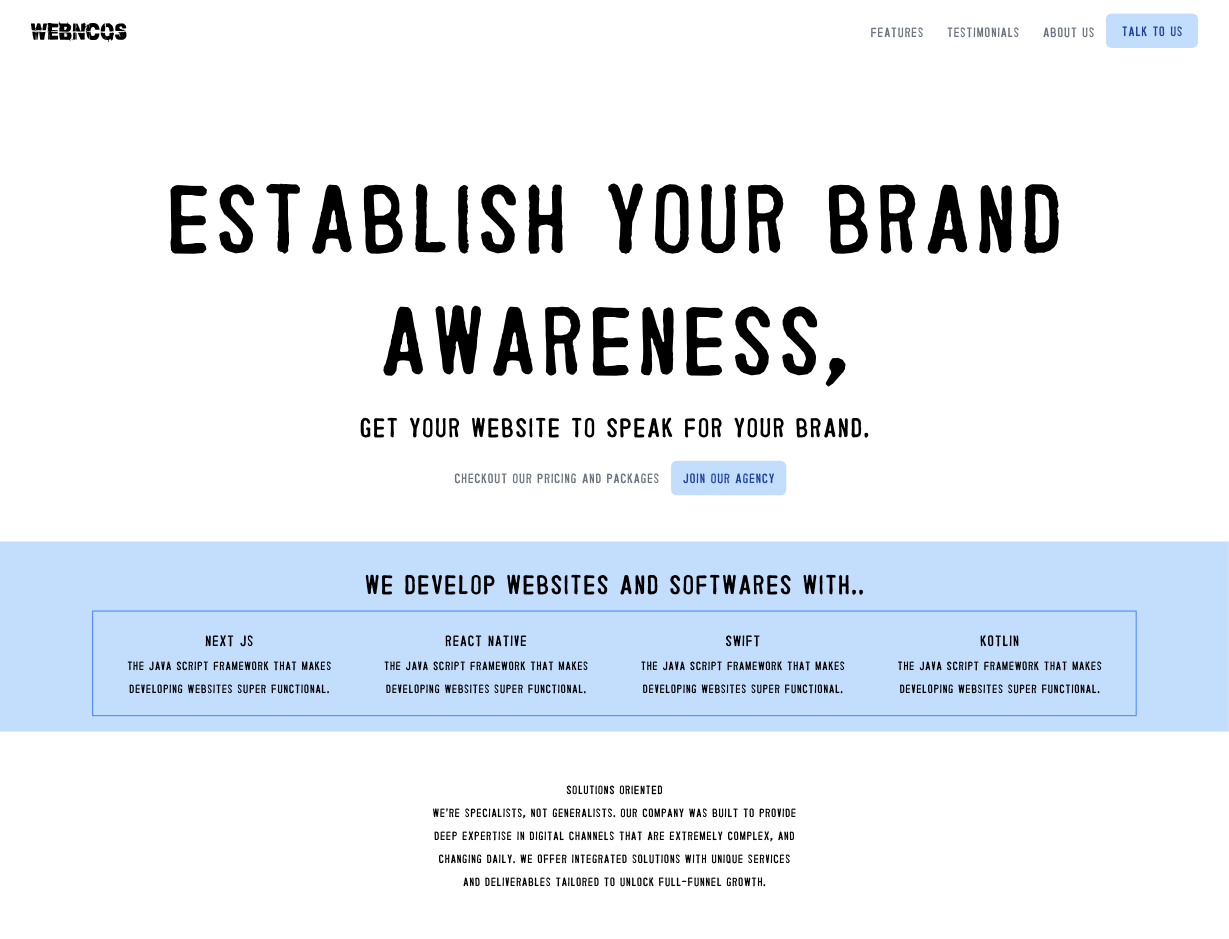
Repository: 1realjulius/webncos
Page: /
The author's editor kept a copy of each file at every save. The page is drawn from the files as they stood at one save, then again after the next save.
The browser window is 1280 px wide. The pictures show the whole page, at 96% of full size.
The project was rebuilt for these pictures with package versions that can differ from the ones it lists, and the page was loaded fresh each time. The framework's server and built-in components were replaced by stand-ins that run in the browser. Also part of the build but not shown: next.config.js.

Above is the page before, as saved 2022-09-02 08:35:41.

### pages/index.tsx
import type { NextPage } from "next";
import Head from "next/head";
import ComingSoon from "../components/ComingSoon";
import MainHome from "../components/MainHome";
import NavigationBar from "../components/NavigationBar";

const Home: NextPage = () => {
  return (
    <div className="flex min-h-screen flex-col font-parcel">
      <Head>
        <title>Webncos</title>
        <meta
          name="description"
          content="Website and Software Development Agency."
        />
        <meta property="og:type" content="website" />
        <meta property="og:url" content="https://www.webncos.com/" />
        <meta
          property="og:title"
          content="Webncos — Website and Software Development Agency."
        />
        <meta
          property="og:description"
          content="Website and Software Development Agency."
        />
        {/* <meta property="og:image" content="/Assets/newmemoji.svg"/> */}
        {/* <meta property="twitter:card" content="/Assets/Julius_Eghan.jpg"/> */}
        <meta property="twitter:url" content="https://www.webncos.com/" />
        <meta
          property="twitter:title"
          content="Webncos — Website and Software Development Agency."
        />
        <meta
          property="twitter:description"
          content="Website and Software Development Agency."
        />
        {/* <meta property="twitter:image" content="/Assets/Julius_Eghan.jpg"/> */}
        <link rel="icon" href="/favicon.ico" />
        <link
          rel="apple-touch-icon"
          sizes="180x180"
          href="/apple-touch-icon.png"
        />
        <link
          rel="icon"
          type="image/png"
          sizes="32x32"
          href="/favicon-32x32.png"
        />
        <link
          rel="icon"
          type="image/png"
          sizes="16x16"
          href="/favicon-16x16.png"
        />
        <link rel="manifest" href="/site.webmanifest" />
        {/* <meta name="google-site-verification" content="0HesePHVymRqGiL70HUKPIq0Zsap0uUIb_Ci0DpImRY" /> */}
        <meta
          name="theme-color"
          content="#2563eb"
          media="(prefers-color-scheme: light)"
        />
        <meta
          name="theme-color"
          content="#2563eb"
          media="(prefers-color-scheme: dark)"
        />
      </Head>
      <NavigationBar />
      <MainHome />
    </div>
  );
};

export default Home;

### styles/globals.css
@tailwind base;
@tailwind components;
@tailwind utilities;

@layer base{
      @font-face{
        font-family: 'ApercuBold';
        src: url("/Fonts/ApercuPro-Bold.woff") format("woff"),url("/Fonts/ApercuPro-Bold.woff2") format("woff2");
      }
      @font-face{
        font-family: 'ApercuMedium';
        src: url("/Fonts/ApercuPro-Medium.woff") format("woff"),url("/Fonts/ApercuPro-Medium.woff2") format("woff2");
      }
      @font-face{
        font-family: 'circularBlack';
        src: url("/Fonts/circular-black.woff2") format("woff2");
      }
      @font-face{
        font-family: 'circularBold';
        src: url("/Fonts/circular-bold.woff2") format("woff2");
      }
      @font-face{
        font-family: 'circularBook';
        src: url("/Fonts/circular-book.woff2") format("woff2");
      }
      @font-face{
        font-family: 'circularMedium';
        src: url("/Fonts/circular-medium.woff2") format("woff2");
      }
      @font-face{
        font-family: 'parcel';
        src: url("/Fonts/parcel.woff2") format("woff2"), url("/Fonts/parcel.woff") format("woff");
      }
    }

### components/MainHome.tsx
import Link from "next/link";
import React from "react";
import Image from "next/image";
import FeatureImg from "/Assets/Julius_Eghan.jpg";
import FImg from "/Assets/Julius_Eghan.jpg";

const MainHome = () => {
  return (
    <div>
      {/* header */}
      <div>
        <div className=" flex flex-col items-center justify-center mt-20 mb-10">
          <div className="pt-4 pb-2">
            <h1 className="text-6xl md:text-9xl text-center font-parcel px-2">
              ESTABLISH YOUR BRAND AWARENESS,
            </h1>
          </div>
          <div className="pb-2">
            <h2 className="text-2xl md:text-4xl font-parcel px-2">
              GET YOUR WEBSITE TO SPEAK FOR YOUR BRAND.
            </h2>
          </div>
          <div className="flex flex-col md:flex-row items-center">
            <div className="px-3 py-1 my-2">
              <Link href="#">
                <h3 className="text-gray-500 hover:text-gray-900 cursor-pointer text-lg">
                  Checkout Our Pricing And Packages
                </h3>
              </Link>
            </div>
            <Link href="#">
              <div className="px-3 py-1 rounded-md bg-blue-200 active:bg-blue-300 my-2 cursor-pointer">
                <h3 className="text-blue-800 text-lg">Join Our Agency</h3>
              </div>
            </Link>
          </div>
        </div>
      </div>
      {/* We develop brands */}
      <div className="flex flex-col bg-blue-200 p-4 px-4 md:px-24 items-center justify-center">
        <div className="py-2">
          <h1 className="text-xl md:text-4xl">
            WE DEVELOP WEBSITES AND SOFTWARES WITH..
          </h1>
        </div>
        <div className="p-2 flex flex-col md:flex-row border border-blue-500">
          <div className="flex flex-row">
            <div className="p-2 text-center">
              <div>
                <h1 className="text-xl">Next Js</h1>
              </div>
              <div>
                The Java Script Framework that makes developing websites super
                functional.
              </div>
            </div>
            <div className="p-2 text-center">
              <div>
                <h1 className="text-xl">React Native</h1>
              </div>
              <div>
                The Java Script Framework that makes developing websites super
                functional.
              </div>
            </div>
          </div>
          <div className=" flex flex-row">
            <div className="p-2 text-center">
              <div>
                <h1 className="text-xl">Swift</h1>
              </div>
              <div>
                The Java Script Framework that makes developing websites super
                functional.
              </div>
            </div>
            <div className="p-2 text-center">
              <div>
                <h1 className="text-xl">Kotlin</h1>
              </div>
              <div>
                The Java Script Framework that makes developing websites super
                functional.
              </div>
            </div>
          </div>
        </div>
      </div>
      {/* Fameworks Used */}
      <div className=" my-12">
        <div className="flex flex-col items-center justify-center mx-4">
          <h1>SOLUTIONS ORIENTED</h1>
          <p className="text-center">
            We’re specialists, not generalists. Our company was built to provide <br />
            deep expertise in digital channels that are extremely complex, and <br />
            changing daily. We offer integrated solutions with unique services <br />
            and deliverables tailored to unlock full-funnel growth.
          </p>
        </div>
      </div>
      {/* Services We offer (Features) */}
      <div></div>
      {/* Testimonials */}
      <div></div>
      {/* FAQs */}
      <div></div>
      {/* Other Sections */}
      <div></div>
    </div>
  );
};

export default MainHome;

### components/NavigationBar.tsx
/* This example requires Tailwind CSS v2.0+ */
import { Fragment } from "react";
import { Disclosure, Menu, Transition } from "@headlessui/react";
import { BellIcon, MenuIcon, XIcon } from "@heroicons/react/outline";
import Link from "next/link";
import Image from "next/image";

function classNames(...classes: string[]) {
  return classes.filter(Boolean).join(" ");
}

export default function NavigationBar() {
  return (
    <Disclosure as="nav" className="bg-white">
      {({ open }) => (
        <>
          <div className="max-w-7xl mx-auto px-4 sm:px-6 lg:px-8">
            <div className="flex justify-between h-16">
              <div className="flex">
                <div className="flex-shrink-0 flex items-center">
                  {/* the logo */}
                  <Link href="#">
                    <Image
                      src="/Assets/webncos-logo-lg.svg"
                      width={100}
                      height={22}
                      alt="webncos logo"
                      className=""
                    />
                  </Link>
                </div>
                <div className="hidden sm:ml-6 sm:flex sm:space-x-8"></div>
              </div>
              <div className="hidden sm:ml-6 sm:flex sm:items-center">
                <a
                  href="#"
                  className="text-gray-500 text-lg hover:text-gray-900 inline-flex items-center px-3 pt-1 "
                >
                  Features
                </a>
                <a
                  href="#"
                  className=" text-gray-500 hover:text-gray-900 inline-flex items-center px-3 pt-1  text-lg"
                >
                  Testimonials
                </a>
                <a
                  href="#"
                  className=" text-gray-500 hover:text-gray-900 inline-flex items-center px-3 pt-1  text-lg"
                >
                  About Us
                </a>
                <Link href="#">
                  <div className="px-4 py-1 bg-blue-200 active:bg-blue-300 rounded-md cursor-pointer">
                    <h2 className="text-blue-800 text-lg">Talk To Us</h2>
                  </div>
                </Link>
              </div>
              <div className="-mr-2 flex items-center sm:hidden">
                {/* Mobile menu button */}
                <Disclosure.Button className="inline-flex items-center justify-center p-2 rounded-full text-gray-400 hover:text-gray-500 hover:bg-gray-100 ">
                  <span className="sr-only">Open main menu</span>
                  {open ? (
                    <XIcon className="block h-6 w-6" aria-hidden="true" />
                  ) : (
                    <MenuIcon className="block h-6 w-6" aria-hidden="true" />
                  )}
                </Disclosure.Button>
              </div>
            </div>
          </div>

          <Disclosure.Panel className="sm:hidden border-2 rounded-lg px-2 mx-2">
            <div className="flex flex-col pt-2 space-y-1 items-center">
              <a
                className="hover:bg-gray-100 w-full text-center py-2 rounded-md text-lg"
                href="#"
              >
                Features
              </a>
              <a
                className="hover:bg-gray-100 w-full text-center py-2 rounded-md text-lg"
                href="#"
              >
                Testimonials
              </a>
              <a
                className="hover:bg-gray-100 w-full text-center py-2 rounded-md text-lg"
                href="#"
              >
                About Us
              </a>
            </div>
            <div className="flex py-2 items-center justify-center">
              <Link href="#">
                <div className="px-3 py-1 bg-blue-200 active:bg-blue-300 rounded-md cursor-pointer">
                  <h2 className="text-blue-800 text-lg">Contact Us</h2>
                </div>
              </Link>
            </div>
          </Disclosure.Panel>
        </>
      )}
    </Disclosure>
  );
}

### tailwind.config.js
/** @type {import('tailwindcss').Config} */
module.exports = {
  content: [
    './pages/**/*.{js,ts,jsx,tsx}',
    './components/**/*.{js,ts,jsx,tsx}',
    "./node_modules/flowbite-react/**/*.js",
  ],
  theme: {
    extend: {
      fontFamily: {
        ApercuBold: 'ApercuBold, sans',
        ApercuMedium: 'ApercuMedium, sans',
        circularBlack: 'circularBlack, sans',
        circularBold: 'circularBold, sans',
        circularBook: 'circularBook, sans',
        circularMedium: 'circularMedium, sans',
        parcel: 'parcel, sans',
      },
    },
  },
  plugins: [
    require("flowbite/plugin")
  ],
}

Loaded but not shown: pages/_app.tsx (common file)

After the next save:
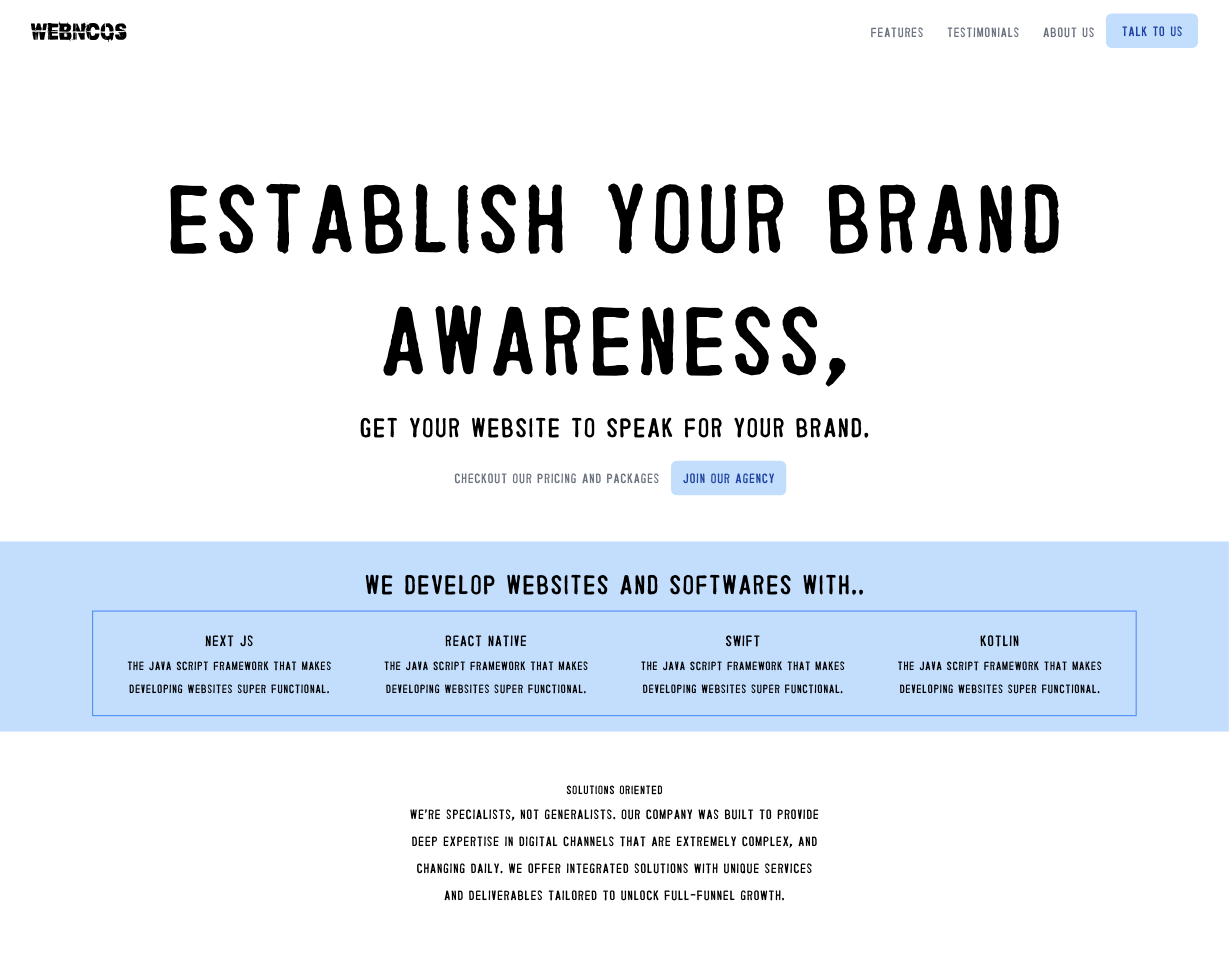
Saved 76 s later.
--- a/components/MainHome.tsx
+++ b/components/MainHome.tsx
@@ -90,7 +90,7 @@
       <div className=" my-12">
         <div className="flex flex-col items-center justify-center mx-4">
           <h1>SOLUTIONS ORIENTED</h1>
-          <p className="text-center">
+          <p className="text-center text-lg">
             We’re specialists, not generalists. Our company was built to provide <br />
             deep expertise in digital channels that are extremely complex, and <br />
             changing daily. We offer integrated solutions with unique services <br />

After the save that followed:
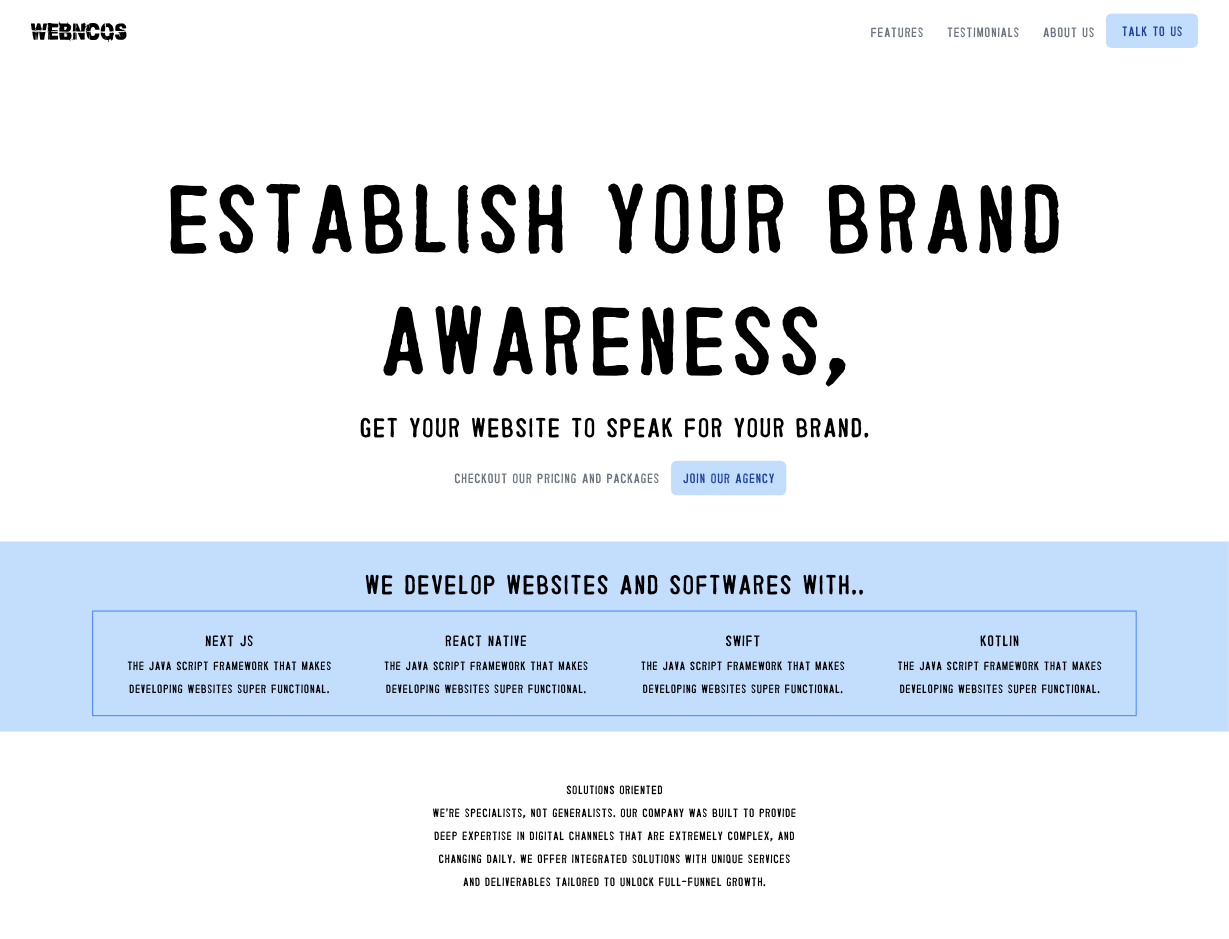
Saved 35 s later.
--- a/components/MainHome.tsx
+++ b/components/MainHome.tsx
@@ -90,7 +90,7 @@
       <div className=" my-12">
         <div className="flex flex-col items-center justify-center mx-4">
           <h1>SOLUTIONS ORIENTED</h1>
-          <p className="text-center text-lg">
+          <p className="text-center">
             We’re specialists, not generalists. Our company was built to provide <br />
             deep expertise in digital channels that are extremely complex, and <br />
             changing daily. We offer integrated solutions with unique services <br />
